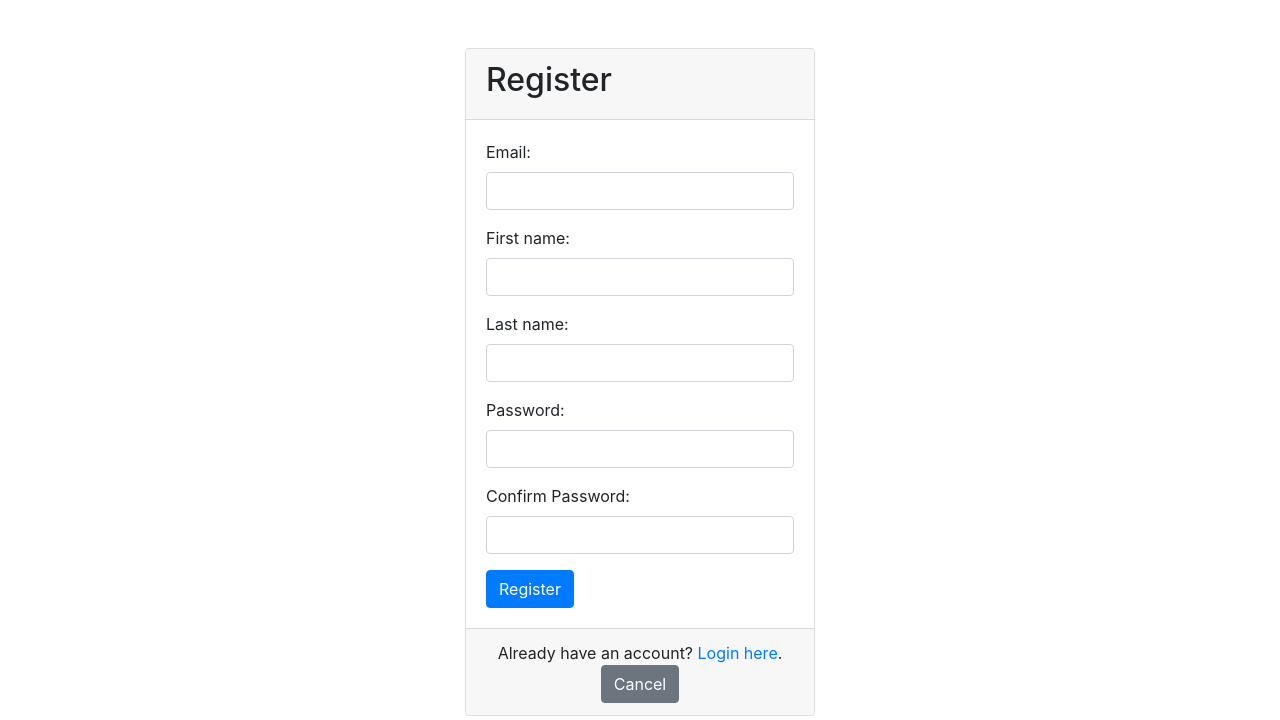
Repository: apps-eduard/TH_MONITORING_v1
Page: http://localhost/user_profile/register/
An editor plug-in stored every save of this project. The page is shown before and after a run of saves, followed by the edit.
The browser window is 1280 px wide. The pictures show the whole page.
Some web libraries are served in a nearby version. The page is served by the project's application, run on Django 5.2 (manage.py). Other server files are loaded and not shown.

Above is the page before, as saved 2024-03-26 13:41:48.

### user_profile/templates/user_profile/register.html
<!-- user_profile/register.html -->

{% extends 'base.html' %}

{% block content %}
<div class="container mt-5">
    <div class="row"> <!-- Add row class here -->
        <!-- Wrap form within a column div -->
        <div class="col-md-4 mx-auto">
            <!-- Bootstrap card container -->
            <div class="card">
                <!-- Card header (optional) -->
                <div class="card-header">
                    <h2>Register</h2>
                </div>
                <!-- Card body -->
                <div class="card-body">
                    <form method="post">
                        {% csrf_token %}
                        {{ form.as_p }}
                        <button type="submit" class="btn btn-primary">Register</button>
                    </form>
                </div>
                <!-- Card footer (optional) -->
                <div class="card-footer text-center">
                    Already have an account? <a href="{% url 'login' %}">Login here</a>.
                    <a href="{% url 'user_profile:login' %}" class="btn btn-secondary">Cancel</a>
                </div>
            </div>
        </div>
    </div>
</div>
{% endblock %}





{% comment %} {% extends 'base.html' %}

{% block content %}
<div class="container">
    <h2>Register</h2>
    <form method="post">
        {% csrf_token %}
        {{ form.as_p }}
        <button type="submit" class="btn btn-primary">Register</button>
        <!-- Add a Cancel button/link -->
        <a href="{% url 'user_profile:login' %}" class="btn btn-secondary">Cancel</a>
    </form>
</div>
{% endblock %} {% endcomment %}

### templates/base.html
<!DOCTYPE html>
<html lang="en">
<head>
    <meta charset="UTF-8">
    <meta name="viewport" content="width=device-width, initial-scale=1.0">
    <title>{% block title %}Your Site{% endblock %}</title>
    <link href="https://stackpath.bootstrapcdn.com/bootstrap/4.5.2/css/bootstrap.min.css" rel="stylesheet">
</head>
<body>
    {% if show_navbar %}
    <!-- Navbar -->
    <nav class="navbar navbar-expand-lg navbar-light bg-light">
        <a class="navbar-brand" href="#">Project Name</a>
        <button class="navbar-toggler" type="button" data-toggle="collapse" data-target="#navbarNav" aria-controls="navbarNav" aria-expanded="false" aria-label="Toggle navigation">
            <span class="navbar-toggler-icon"></span>
        </button>
        <div class="collapse navbar-collapse" id="navbarNav">
            <ul class="navbar-nav ml-auto">
                {% if user.is_authenticated %}
                    <li class="nav-item dropdown">
                        <a class="nav-link dropdown-toggle" href="#" id="navbarDropdown" role="button" data-toggle="dropdown" aria-haspopup="true" aria-expanded="false">
                            {{ user.get_full_name|default:user.email }}
                        </a>
                        <div class="dropdown-menu" aria-labelledby="navbarDropdown">
                            <a class="dropdown-item" href="#">Profile</a>
                            <a class="dropdown-item" href="{% url 'user_profile:logout' %}">Logout</a>
                        </div>
                    </li>
                {% else %}
                    {% comment %} <li class="nav-item">
                        {% if user.is_authenticated %}
                        <a class="nav-link"  href="{% url 'user_profile:edit-profile' %}" onclick="console.log('User is authenticated')">Edit Profile</a>
                        {% else %}
                            <a class="nav-link"  href="{% url 'user_profile:edit-profile' %}" onclick="console.log('User is not authenticated')">Edit Profile</a>
                        {% endif %}
                    </li> {% endcomment %}
                    <li class="nav-item">
                        <a class="nav-link"  href="{% url 'user_profile:edit-profile' %}" onclick="console.log('User is not authenticated')">Edit Profile</a>
                    </li>
                    <li class="nav-item">
                        <a class="nav-link" href="{% url 'register' %}">Register</a>
                    </li>
                {% endif %}
            </ul>
        </div>
    </nav>
    {% endif %}

{% block content %}
{% endblock %}

<script src="https://code.jquery.com/jquery-3.5.1.slim.min.js"></script>
<script src="https://cdn.jsdelivr.net/npm/@popperjs/core@2.5.2/dist/umd/popper.min.js"></script>
<script src="https://stackpath.bootstrapcdn.com/bootstrap/4.5.2/js/bootstrap.min.js"></script>
</body>
</html>

### user_profile/forms.py
from django import forms
from django.contrib.auth.forms import UserCreationForm
from django.contrib.auth.forms import UserChangeForm
from django.contrib.auth import get_user_model
from .models import User

User = get_user_model()

# class UserRegistrationForm(UserCreationForm):
#     email = forms.EmailField()
#     first_name = forms.CharField(max_length=30)
#     last_name = forms.CharField(max_length=30)

#     class Meta:
#         model = User
#         fields = ['email', 'first_name', 'last_name', 'password1', 'password2']

class UserRegistrationForm(forms.ModelForm):
    password = forms.CharField(label='Password', widget=forms.PasswordInput(attrs={'class': 'form-control'}))
    password_confirm = forms.CharField(label='Confirm Password', widget=forms.PasswordInput(attrs={'class': 'form-control'}))

    class Meta:
        model = User
        fields = ['email', 'first_name', 'last_name', 'password']
        widgets = {
            'email': forms.EmailInput(attrs={'class': 'form-control'}),
            'first_name': forms.TextInput(attrs={'class': 'form-control'}),
            'last_name': forms.TextInput(attrs={'class': 'form-control'}),
        }

    def __init__(self, *args, **kwargs):
        super(UserRegistrationForm, self).__init__(*args, **kwargs)
        for field in self.fields:
            if field not in ('password', 'password_confirm'):  # These fields are already handled
                self.fields[field].widget.attrs.update({
                    'class': 'form-control'
                })

    def clean_password_confirm(self):
        password = self.cleaned_data.get('password')
        password_confirm = self.cleaned_data.get('password_confirm')
        if password and password_confirm and password != password_confirm:
            raise forms.ValidationError("Passwords don't match")
        return password_confirm

    def save(self, commit=True):
        user = super().save(commit=False)
        user.set_password(self.cleaned_data["password"])
        if commit:
            user.save()
        return user

class ProfileForm(UserChangeForm):
    class Meta:
        model = User
        fields = ['email', 'first_name', 'last_name']

class LoginForm(forms.Form):
    email = forms.EmailField(widget=forms.TextInput(attrs={'class': 'form-control', 'placeholder': 'Username', }) )
    password = forms.CharField(widget=forms.PasswordInput(attrs={'class': 'form-control', 'placeholder': 'Password', }))

### user_profile/models.py
from django.contrib.auth.models import AbstractBaseUser, BaseUserManager, PermissionsMixin
from django.db import models

class UserManager(BaseUserManager):
    def create_user(self, email, first_name, last_name, password=None, **extra_fields):
        if not email:
            raise ValueError('The Email field must be set')
        email = self.normalize_email(email)
        user = self.model(email=email, first_name=first_name, last_name=last_name, **extra_fields)
        user.set_password(password)
        user.save(using=self._db)
        return user

    def create_superuser(self, email, first_name, last_name, password=None, **extra_fields):
        extra_fields.setdefault('is_staff', True)
        extra_fields.setdefault('is_superuser', True)

        return self.create_user(email, first_name, last_name, password, **extra_fields)

class User(AbstractBaseUser, PermissionsMixin):
    email = models.EmailField(unique=True)
    first_name = models.CharField(max_length=30)
    last_name = models.CharField(max_length=30)
    is_active = models.BooleanField(default=True)
    is_staff = models.BooleanField(default=False)

    objects = UserManager()

    USERNAME_FIELD = 'email'
    REQUIRED_FIELDS = ['first_name', 'last_name']

    def __str__(self):
        return self.email

def get_full_name(self):
    """Return the first_name plus the last_name, with a space in between."""
    full_name = f"{self.first_name} {self.last_name}".strip()
    return full_name or self.email

### user_profile/views.py

from django.shortcuts import render, redirect
from django.contrib.auth import authenticate, login
from .forms import UserRegistrationForm, LoginForm
from django.contrib.auth.forms import AuthenticationForm
from django.urls import reverse
from django.contrib.auth import logout
from django.contrib import messages
from django.contrib.auth.decorators import login_required
from .forms import ProfileForm

# @login_required
def edit_profile_view(request):
    if request.method == 'POST':
        form = ProfileForm(request.POST, instance=request.user.profile)
        if form.is_valid():
            form.save()
            return redirect('user_profile:profile')  # Redirect to profile page after successful edit
    else:
        form = ProfileForm(instance=request.user.profile)

    return render(request, 'user_profile/edit_profile.html', {'form': form})


def register(request):
    if request.method == 'POST':
        form = UserRegistrationForm(request.POST)
        if form.is_valid():
            form.save()
            # Redirect to login page after successful registration
            return redirect('user_profile:login')  # Using redirect with the name of the login url pattern
    else:
        form = UserRegistrationForm()
    return render(request, 'user_profile/register.html', {'form': form, 'show_navbar': False})

def login_view(request):
    if request.method == 'POST':
        form = LoginForm(request.POST)
        if form.is_valid():
            user = authenticate(request, email=form.cleaned_data['email'], password=form.cleaned_data['password'])
            if user is not None:
                login(request, user)
            return redirect('th_monitoring:dashboard')
    else:
        form = LoginForm()
    return render(request, 'user_profile/login.html', {'form': form, 'show_navbar': False})

def register_view(request):
    if request.method == 'POST':
        form = UserRegistrationForm(request.POST)
        if form.is_valid():
            form.save()
            return redirect('user_profile:login')  # Redirect to login page after successful registration
    else:
        form = UserRegistrationForm()

    return render(request, 'user_profile/register.html', {'form': form})

def logout_view(request):
    logout(request)
    messages.add_message(request, messages.SUCCESS, 'You have successfully logged out.')
    return redirect('/user_profile/login/')

### core/urls.py
from django.contrib import admin
from django.urls import path, include
from user_profile.views import login_view

urlpatterns = [
    path('admin/', admin.site.urls),
    path('', login_view, name='login'),
    path('th_monitoring/', include('th_monitoring.urls', namespace='th_monitoring')),
    path('user_profile/', include(('user_profile.urls', 'user_profile'), namespace='user_profile')),


]

### th_monitoring/urls.py
# th_monitoring/urls.py

from django.urls import path
from . import views

app_name = 'th_monitoring'

urlpatterns = [
    path('', views.monitoring_dashboard, name='dashboard'),
]

### user_profile/urls.py
from django.urls import path
from .views import login_view, logout_view, register
from . import views   # Import the views module

app_name = 'user_profile'  # This is the namespace for the URLs in this app

urlpatterns = [
    path('login/', login_view, name='login'),
    path('register/', register, name='register'),
    path('logout/', logout_view, name='logout'),
    path('edit-profile/', views.edit_profile_view, name='edit_profile'),


]

After the next 3 saves:
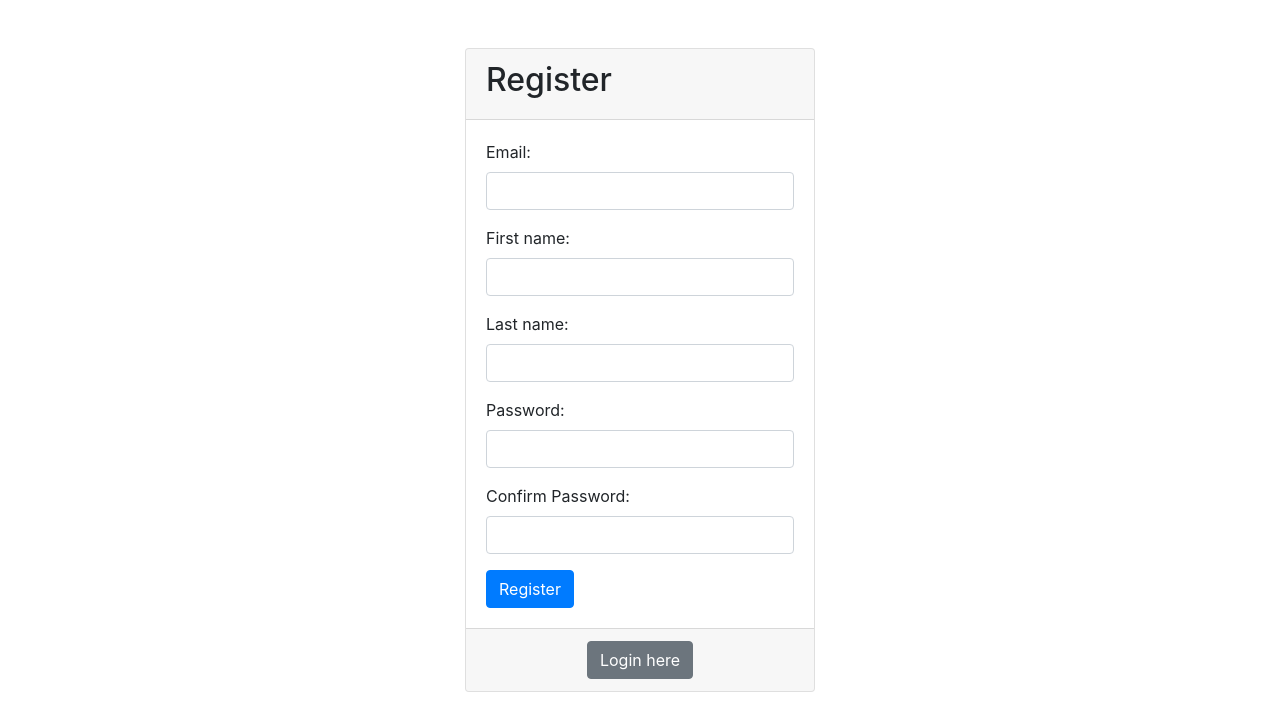
The 3 saves are shown as one change because they came seconds apart.
The last was saved 26 s later.
--- a/user_profile/templates/user_profile/register.html
+++ b/user_profile/templates/user_profile/register.html
@@ -23,8 +23,7 @@
                 </div>
                 <!-- Card footer (optional) -->
                 <div class="card-footer text-center">
-                    Already have an account? <a href="{% url 'login' %}">Login here</a>.
-                    <a href="{% url 'user_profile:login' %}" class="btn btn-secondary">Cancel</a>
+                    <a href="{% url 'user_profile:login' %}" class="btn btn-secondary">Login here</a>
                 </div>
             </div>
         </div>
